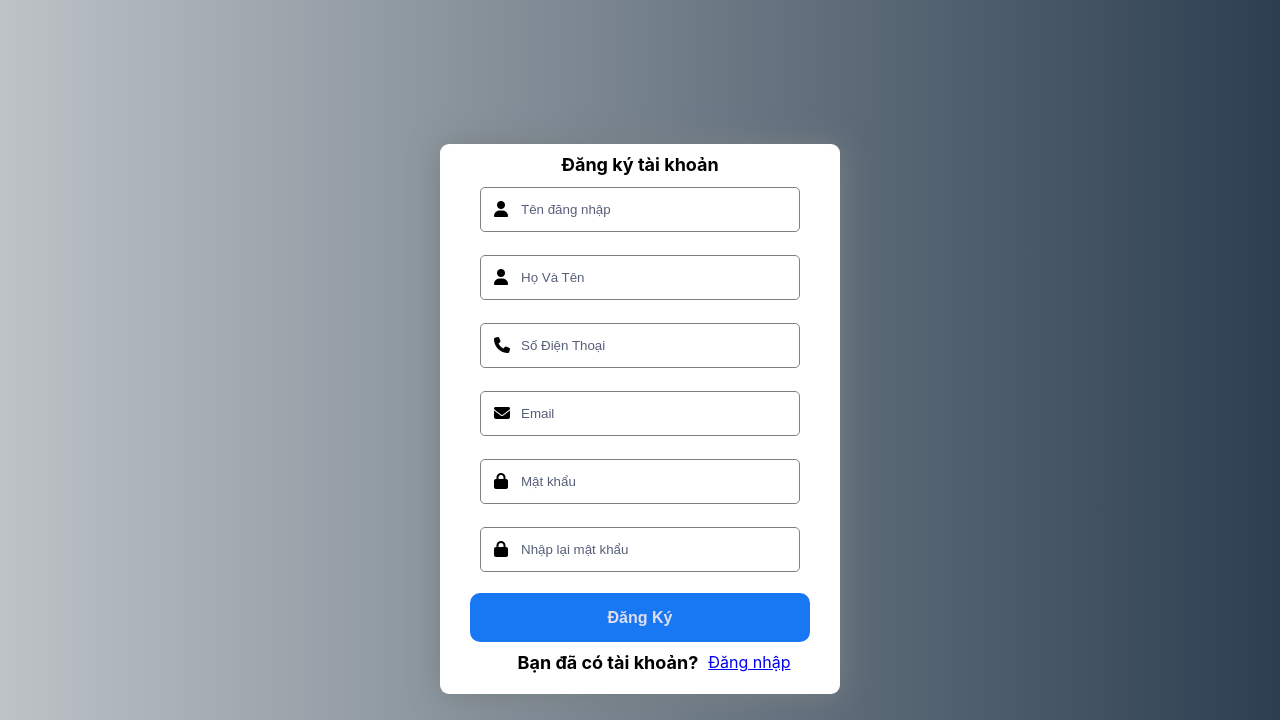
Repository: NQA11032002/WebsiteShop
Page: http://localhost/QuanLyShop/dangky.php
These files come from the project's save history. The page is drawn as it stood at one moment and after the next save; the edit follows.
The browser window is 1280 px wide. The pictures show the whole page.
Some web libraries are served in a nearby version. The page is run by PHP 8.4 with error messages shown; the project is at /var/www/html/.

Above is the page before, as saved 2022-05-09 19:17:02.

### dangky.php
<?php
$dbServer = "localhost";
$dbUsername = "root";
$dbPass = "";
$dbname = "quanlyshop";
$conn = mysqli_connect($dbServer, $dbUsername, $dbPass, $dbname);
if ($conn) {
    mysqli_query($conn, "SET NAMES 'utf8'");
} else {
    echo "Connect Error" . mysqli_connect_error();
}
require "PHP/function.php";

if (!empty($_POST)) {
    $error = array();
    if (isset($_POST['tenDangNhap'])) {
        $tenDangNhap = $_POST['tenDangNhap'];
    }
    if (isset($_POST['matKhau'])) {
        $matKhau = $_POST['matKhau'];
    }
    if (isset($_POST['nhapLaiMatKhau'])) {
        $nhapLaiMatKhau = $_POST['nhapLaiMatKhau'];
    }
    if (isset($_POST['hoTen'])) {
        $hoTen = $_POST['hoTen'];
    }
    if (isset($_POST['SDT'])) {
        $SDT = $_POST['SDT'];
    }
    if (isset($_POST['email'])) {
        $email = $_POST['email'];
    }


    if($tenDangNhap == null)
        $error["TK"] = "Tài Khoản Không Được Để Trống";
    else
    {
        if ($nhapLaiMatKhau == $matKhau) {
            $sql = "SELECT * FROM khachhang WHERE email = '$email'";
            $result = mysqli_query($conn, $sql);
            if (!$result->num_rows > 0) {
                $sql1 = "insert into taikhoan(tenDangNhap,matKhau) values ('" . $tenDangNhap . "','" . $matKhau . "')";
                $sql2 = "INSERT INTO khachhang(tenDangNhap, SDT, hoTen,email)

                VALUES ('" . $tenDangNhap . "','" . $SDT . "','" . $hoTen . "','" . $email . "')";
                if (mysqli_query($conn, $sql1) && mysqli_query($conn, $sql2)) {
                    setcookie("btTaiKhoan", $taiKhoan, time() - 3600);
                    setcookie("btMatKhau", $matKhau, time() - 3600);
                    setcookie("user_login", $_POST['remember_me'], time() - 3600);
                    header("location: DangNhap.php");
                }
            }
            else
            {
                $error["email"] = "Email đã tồn tại";
            }
        }
        else
        {
            $error["rePas"] = " Mật khẩu không chính xác";
        }
    }
}

?>
<!DOCTYPE html>
<html lang="en">

<head>
    <meta charset="UTF-8">
    <meta http-equiv="X-UA-Compatible" content="IE=edge">
    <meta name="viewport" content="width=device-width, initial-scale=1.0">
    <link rel="stylesheet" href="css/dangky.css">
    <title>Document</title>
    <link rel="stylesheet" href="https://cdnjs.cloudflare.com/ajax/libs/font-awesome/6.1.1/css/all.min.css" integrity="sha512-KfkfwYDsLkIlwQp6LFnl8zNdLGxu9YAA1QvwINks4PhcElQSvqcyVLLD9aMhXd13uQjoXtEKNosOWaZqXgel0g==" crossorigin="anonymous" referrerpolicy="no-referrer" />
    <style>
        form {
            padding: 10px 20px;
        }

        h4 {
            margin: 0;
        }

        #login {
            display: flex;
            margin: 10px 0 0 16%;
        }

        .input-group {
            position: relative;
        }

        .input-error {
            color: red;
            position: absolute;
            bottom: -8px;
            left: 34px;
            font-size: 12px;
        }

        .container {
            background: white;
            box-shadow: 1px 1px 30px rgb(120 127 129);
            border: 0;
        }

        .box input[type="text"],
        .box input[type="password"],
        .box input[type="repass"],
        .box input[type="email"] {
            background: #fff;
            border: 1px solid gray;
            color: #352f2f;
            padding-left: 40px;
            margin: 0;
        }

        .btn1 {
            margin-top: 10px;
        }

        .box h4 {
            margin: 0;
            color: #000;
        }

        .box input:focus {
            border: 1.2px solid #000;
        }

        .input-group {
            position: relative;
            display: flex;
            align-items: center;
            height: 68px;
            margin-left: 20px;
        }

        i {
            position: absolute;
            left: 14px;
        }

        html {
            background-color: linear-gradient(to right, #bdc3c7, #2c3e50);
        }
    </style>
</head>

<body>
    <div class="container">
        <span class="error animated tada" id="msg"></span>
        <form name="form1" class="box" onsubmit="" action="" method="POST">
            <h4 style="margin: 0">Đăng ký<span style="color: #000;"> tài khoản</span></h4>
            <div class="input-group">
                <i class="fa-solid fa-user"></i>
                <input type="text" name="tenDangNhap" value="<?php echo get_data("tenDangNhap") ?>" placeholder="Tên đăng nhập">
                <div class="input-error"><?php echo  showError('TK') ?></div>
            </div>
            <div class="input-group">
                <i class="fa-solid fa-user"></i>

                <input type="text" name="hoTen" value="<?php echo get_data("hoTen") ?>" placeholder="Họ Và Tên" id="hoTen">
            </div>


            <div class="input-group">
                <i class="fa-solid fa-phone"></i>
                <input type="text" name="SDT" value="<?php echo get_data("SDT") ?>" placeholder="Số Điện Thoại" id="sdt">
            </div>
            <div class="input-group">
                <i class="fa-solid fa-envelope"></i>
                <input type="email" name="email" value="<?php echo get_data("email") ?>" placeholder="Email" id="email">
                <div class="input-error"><?php echo  showError('email') ?></div>
            </div>
            <div class="input-group">
                <i class="fa-solid fa-lock"></i>
                <input type="password" name="matKhau" placeholder="Mật khẩu" id="pwd">
            </div>
            <div class="input-group">
                <i class="fa-solid fa-lock"></i>

                <input type="password" name="nhapLaiMatKhau" placeholder="Nhập lại mật khẩu" id="repwd">
                <div class="input-error"><?php echo  showError('rePas') ?></div>
            </div>
            <input type="submit" name="btnRegister" value="Đăng Ký" class="btn1">
            <div id="login">
                <h4 style="margin-right: 10px;">Bạn đã có tài khoản?</h4>
                <a href="./DangNhap.php">Đăng nhập</a>
            </div>
        </form>
    </div>
</body>

</html>

### PHP/function.php
<?php
// === function  handle
function get_data($label_field)
{
    global $$label_field;
    if (!empty($$label_field))
        return $$label_field;
}
function get_data_cookie($label_field){
    if(!empty($_COOKIE[$label_field])){
        return $_COOKIE[$label_field];
    }
}
function is_error($label_field)
{
    global $error;
    if (!empty($error[$label_field]))
        return $error[$label_field];
}
function showError($input) {
    global $error;
    if(!empty($error[$input])){
        echo $error[$input] ;
    }
}
function format_money($number , $decimals = 0 , $dec_point = "" , $thousands_sep = "",$unit = "đ" ) {
    return number_format($number,$decimals,$dec_point,$thousands_sep).$unit;
}
?>

### css/dangky.css
/* Màu nền */
* {
  margin: 0;
  padding: 0;
  box-sizing: border-box;
}
body,
html {
  height: 100vh;
  font-family: -apple-system, BlinkMacSystemFont, "Segoe UI", Roboto, Oxygen,
    Ubuntu, Cantarell, "Open Sans", "Helvetica Neue", sans-serif;
   background: linear-gradient(to right, #bdc3c7,#2c3e50)
}

/*Căn chỉnh form đăng ký giữa màn hình*/

.container {
  margin: 0;
  top: 20%;
  left: 50%;
  position: absolute;
  text-align: center;
  transform: translateX(-50%);
  background-color: rgb(33, 41, 66);
  border-radius: 9px;
  border-top: 10px solid #79a6fe;
  border-bottom: 10px solid #8bd17c;
  width: 400px;
  height: 550px;
  box-shadow: 1px 1px 108.8px 19.2px rgb(25, 31, 53);
}

/*Căn chỉnh chữ Đăng ký tài khoản*/

.box h4 {
  /*Kích thước chữ*/
  color: #5c6bc0;
  font-size: 18px;
}

/*Chỉnh màu và kích thước cho các kiểu input*/

.box input[type="text"],
.box input[type="password"],
.box input[type="repass"],
.box input[type="email"] {
  display: block;
  margin: 20px auto;
  background: #262e49;
  border: 0;
  border-radius: 5px;
  padding: 14px 10px;
  width: 320px;
  outline: none;
  color: #d6d6d6;
}

/*Chỉnh màu chữ ở dưới input*/

::-webkit-input-placeholder {
  color: #565f79;
}

/* Đăng Ký */

.btn1 {
  border: 0;
  background: #1877F2;
  color: #dfdeee;
  border-radius: 10px;
  width: 340px;
  height: 49px;
  font-weight: bold;
  font-size: 16px;
  position: relative;
  cursor: pointer;
}

/*Chỉnh 2 màu chữ Đăng Ký*/

.box h4 span {
  color: #dfdeee;
}

/*Di chuột vào nút Đăng Ký sẽ đổi màu*/

#login {
  display: flex;
  margin-left: 22%;
  margin-top: 12px;
}

i{
  position: absolute;
  left: 32px;
}

After the next save:
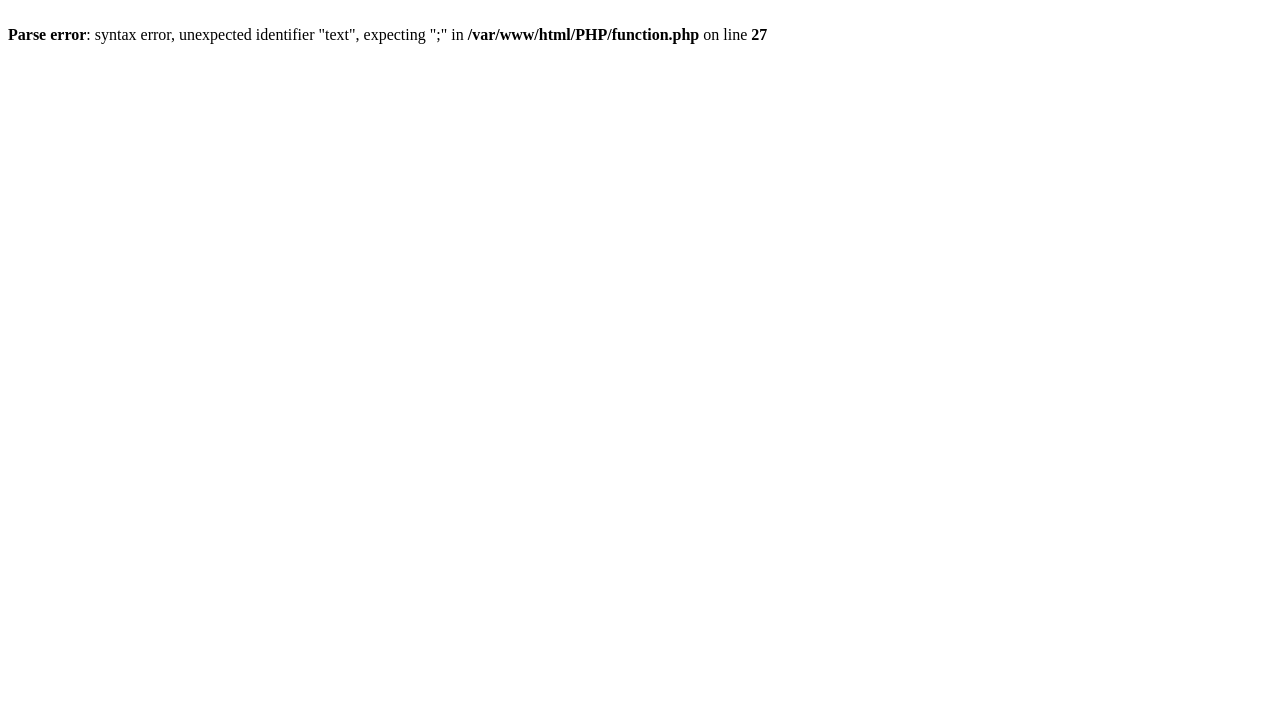
Saved 2 min 58 s later.
--- a/PHP/function.php
+++ b/PHP/function.php
@@ -24,6 +24,6 @@
     }
 }
 function format_money($number , $decimals = 0 , $dec_point = "" , $thousands_sep = "",$unit = "đ" ) {
-    return number_format($number,$decimals,$dec_point,$thousands_sep).$unit;
+    return number_format($number,$decimals,$dec_point,$thousands_sep)."<span style="text-decoration:underline;>{$unit}";
 }
 ?>

After the save that followed:
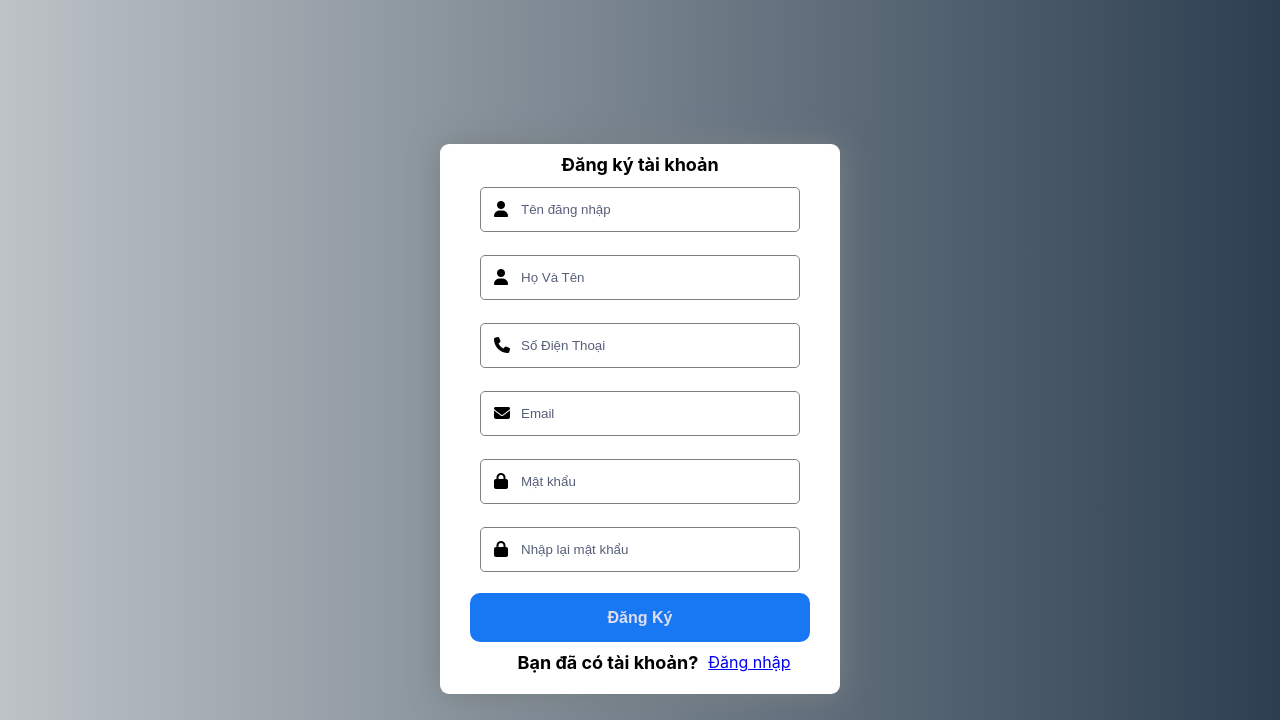
Saved 5 s later.
--- a/PHP/function.php
+++ b/PHP/function.php
@@ -24,6 +24,6 @@
     }
 }
 function format_money($number , $decimals = 0 , $dec_point = "" , $thousands_sep = "",$unit = "đ" ) {
-    return number_format($number,$decimals,$dec_point,$thousands_sep)."<span style="text-decoration:underline;>{$unit}";
+    return number_format($number,$decimals,$dec_point,$thousands_sep)."<span style='text-decoration:underline';>{$unit}";
 }
 ?>
